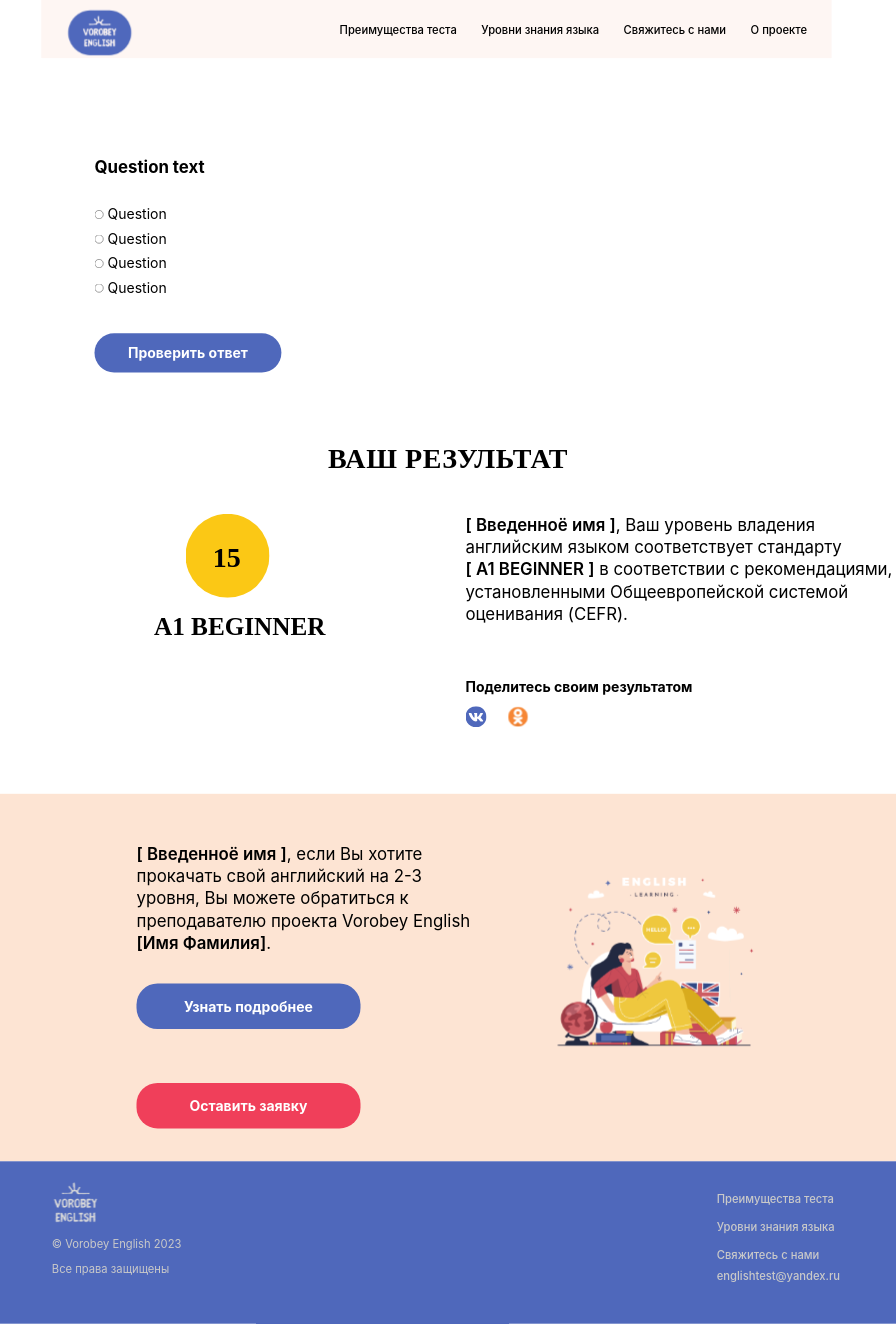
Repository: WladimirVA/PP-01-01_Dandelions
Page: test.html
The author's editor kept a copy of each file at every save. The page is drawn from the files as they stood at one save, then again after the next save.
The browser window is 1280 px wide. The pictures show the whole page, at 70% of full size.

Above is the page before, as saved 2023-02-14 18:24:42.

### test.html
<!DOCTYPE html>
<html lang="ru">
<head>
    <meta charset="UTF-8">
    <meta http-equiv="X-UA-Compatible" content="IE=edge">
    <meta name="viewport" content="width=device-width, initial-scale=1.0">
    <link href="./static/css/style.css" rel="stylesheet" type="text/css">
    <link href="./static/css/test.css" rel="stylesheet" type="text/css">
    <link href="./static/css/fonts.css" rel="stylesheet" type="text/css">
    <link rel="icon" sizes="16x16" href="./static/img/Иконка _Лого_ (1_1).svg" type="image/x-icon">
    <title>Dandelions</title>
</head>
<body>
    <header class="header" di="HOME">
        <div class="section">
            <div class="section-header">
                <div class="logo">
                    <a href="Index.html"><img src="./static/img/Иконка _Лого_ (1).svg"></a>
                </div>
                <nav>
                    <ul class="header-nav">
                        <li><a class="link" href="./Index.html">Преимущества теста</a></li>
                        <li><a class="link" href="./Index.html">Уровни знания языка</a></li>
                        <li><a class="link" href="#">Свяжитесь с нами</a></li>
                        <li><a class="link" href="#">О проекте</a></li>
                    </ul>
                </nav>
            </div>
        </div>
    </header>
    <main>
        <div class="section">
            <form class="quiz-box" id="quiz" method="post">
                <div class="quiz-header">
                    <h2 id="question">Question text</h2>
                    <ul>
                        <li>
                            <input type="radio" name="answer" id="a" class="answer" onchange="document.getElementById('submit').disabled = !this.checked;">
                            <label for="a" id="a_text">Question</label>
                        </li>
                        <li>
                            <input type="radio" name="answer" id="b" class="answer" onchange="document.getElementById('submit').disabled = !this.checked;">
                            <label for="b" id="b_text">Question</label>
                        </li>
                        <li>
                            <input type="radio" name="answer" id="c" class="answer" onchange="document.getElementById('submit').disabled = !this.checked;">
                            <label for="c" id="c_text">Question</label>
                        </li>
                        <li>
                            <input type="radio" name="answer" id="d" class="answer" onchange="document.getElementById('submit').disabled = !this.checked;">
                            <label for="d" id="d_text">Question</label>
                        </li>
                    </ul>
                </div>
                <div class="button-test">
                    <button class="button test_button" id="submit" disabled>Проверить ответ</button>
                </div>
            </form>

            <form class="result">
                <div class="title-result">
                    <p>Ваш Результат</p>
                </div>
                <div class="result1">
                    <div class="level-2">
                        <div class="level">
                            <img src="./static/img/Ellipse 15.svg" alt="Result">
                            <p>15</p>
                        </div>
                        <div class="lavel-1">
                            <p>А1  BEGINNER</p>
                        </div>
                    </div>
                    <div class="">
                            <p class="info-result-p"><span style="font-weight: 600;"> [ Введенноё имя ]</span>, Ваш уровень владения английским языком соответствует стандарту <br><span style="font-weight: 600;">[ А1 BEGINNER ]</span> в соответствии
                            с рекомендациями, установленными Общеевропейской системой оценивания (CEFR).</p>
                        <div class="share">
                            <p>Поделитесь своим результатом</p>
                            <div class="share-img">
                                <a href="https://vk.com/" target="_blank"><img src="./static/img/VK.svg" alt="VK"></a>
                                <a href="https://ok.ru/" target="_blank"><img src="./static/img/odnoklassniki 1.svg" alt="odnoklassniki"></a>
                                <!-- <img src="./static/img/instagram3 1.svg" alt="instagram"> -->
                            </div>
                        </div>
                    </div>
                </div>
                <div class="appeal">
                    <div class="appeal-text">
                        <p><span style="font-weight: 600;">[ Введенноё имя ]</span>, если Вы хотите прокачать свой английский на 2-3 уровня, Вы можете обратиться
                        к преподавателю проекта Vorobey English <span style="font-weight: 600;">[Имя Фамилия]</span>. </p>
                        <div class="button-test">
                            <button class="button test_button" id="submit">Узнать подробнее</button>
                        </div>
                        <div class="button-test">
                            <button class="button test_button" id="application">Оставить заявку</button>
                        </div>
                    </div>
                    <div>
                        <img src="./static/img/иллюстр 2 1.svg" alt="">
                    </div>

                </div>
            </form>
        </div>
    </main>
    <footer class="FOOTER">
        <div class="section">
            <div class="section-footer">
                <div class="footer-logo">
                    <a href="Index.html"><img src="./static/img/Vector (3).svg"></a>
                    <p class="footer-logo-p">© Vorobey English 2023</p>
                    <p class="footer-logo-p2">Все права защищены</p>
                </div>
                <div class="footer-navi">
                    <nav>
                        <ul class="footer-nav">
                            <li><a class="footer-link" href="#HOME">Преимущества теста</a></li>
                            <li><a class="footer-link" href="#HOME">Уровни знания языка</a></li>
                            <li><a class="footer-link" href="#HOME">Свяжитесь с нами</a></li>
                        </ul>
                    </nav>
                    <p><a class="footer-link" href="mailto:englishtest@yandex.ru">englishtest@yandex.ru</a></p>
                </div>

            </div>
        </div>
    </footer>

</body>

</html>

### static/css/style.css
body {
    scroll-behavior: smooth;
    align-items: center;
    width: 100%;
    max-width: 1366px;
    margin: auto;
    font-family: 'Inter', 'Work Sans', "NunitoSans-Light", Arial, Helvetica, sans-serif;
}

.section {
    margin: 0 auto;
    max-width: 1366px;
}

* {
    margin: 0;
    padding: 0;
}
.header {
    margin-left: 59px;
    margin-right: 92px;
    background-color: #FEF6F3;
}
.section-header {
    justify-content: space-between;
    height: 83px;
    width: 100%;
    display: flex;
    align-items: center;
}
.logo {
    width: 84px;
    height: auto;
}
.header-nav {
    display: flex;
    list-style-type: none;
}
.link {
    text-decoration: none;
    /* cursor: pointer; */
    font-family: 'Inter';
    font-weight: 500;
    font-size: 16px;
    line-height: 19px;
    color: #000000;
}
.header-nav li {
    margin-right: 35px;
}

.HOME {
    margin-top: 64px;
    margin-left: 93px;
    margin-right: 92px;
    background-color: #FEF6F3;
}
.section-home {
    align-items: center;
    display: flex;
    justify-content: space-between;
    margin-top: -90px;
}


.title {
    font-family: 'Work Sans';
    font-style: normal;
    font-weight: 600;
    font-size: 40px;
    line-height: 48px;
    display: flex;
    align-items: center;
    letter-spacing: 0.02em;
    text-transform: uppercase;
}
.home_p {
    font-family: 'Work Sans';
    font-style: normal;
    font-weight: 400;
    font-size: 20px;
    line-height: 24px;
    margin-top: 43px;
}

.home_ul {
    margin-top: 35px;
}
.home_li {
    list-style-type: none;
    margin-top: 12px;
    font-family: 'Inter';
    font-style: normal;
    font-weight: 400;
    font-size: 16px;
    line-height: 20px;
}

.check {
    margin-bottom: -7px;
    margin-right: 16px;
}

.buttonsHome {
    margin-top: 68px;
}
.button_home {
    background: #FBC815;
    border-radius: 50px;
    width: 267px;
    height: 56px;
    font-family: 'Inter';
    font-style: normal;
    font-weight: 700;
    font-size: 20px;
    line-height: 24px;
    border: 0;
    cursor: pointer;
}

.button_home:hover {
    background-color: #BC9F3B;
}

.button_home:active {
    background-color: #FDE07D;
}

.image-home {
    max-width: 747px;
    max-height: 496px;
}

.title_2 {
    display: block;
    margin-top: 100px;
    padding-top: 68px;
    text-transform: none;
    font-family: 'Work Sans';
    font-style: normal;
    font-weight: 800;
    font-size: 36px;
    line-height: 48px;
    align-items: center;
    text-align: center;
}

.WHY-TEST {
    background-color: #FDE4D3;
    Height: 616px;
}

.section-home-2 {
    align-items: center;
    display: flex;
    justify-content: space-around;
    margin-top: 20px;
}

.home-text {
    width: 490px;
}

.p-text {
    margin-top: 32px;
}

.ADVAN_TEST {
    background: #4F68BB;
    color: white;
    height: 712px;
    padding-top: 63px;
    /* margin-top: 120px; */
}

.content_img {
    margin-top: -215px;
    text-align: end;
    margin-right: 50px;
}

.rot-sheet {
    margin: 0 -34px 90px 0px;
}

.rot-sheet-1 {
    margin: 0 -35px 90px 0px;
}

.rot-img1 {
    width: 117px;
    margin-top: 11px;
    margin-right: -20px;
}

.rot-img2 {
    width: 65px;
    margin-bottom: -35px;
}

.rot-img3 {
    width: 78px;
    margin-bottom: 20px;
    margin-left: -20px;
}

img.rot {
    animation: 1s linear 0s normal none infinite running rot;
    -webkit-animation: 4s linear 0s normal none infinite running rot;
    /* width: 100px; */
  }
  @keyframes rot {
    0% {
      transform: rotate(0deg);
    }
    100% {
      transform: rotate(360deg);
    }
  }
  @-webkit-keyframes rot {
    0% {
      transform: rotate(0deg);
    }
    100% {
      transform: rotate(360deg);
    }
  }

  img.rot1 {
    animation: 1s linear 0s normal none infinite running rot1;
    -webkit-animation: 4s linear 0s normal none infinite running rot1;
    /* width: 100px; */
  }
  @keyframes rot1 {
    0% {
      transform: rotate(360deg);
    }
    100% {
      transform: rotate(0deg);
    }
  }
  @-webkit-keyframes rot1 {
    0% {
      transform: rotate(0deg);
    }
    100% {
      transform: rotate(360deg);
    }
  }


.content-ADVAN_TEST {
    display: flex;
    justify-content: space-evenly;
    margin-top: 75px;
}

.test-info {
   width: 300px;
}



.title_3 {
    display: block;
    text-transform: none;
    font-family: 'Work Sans';
    font-style: normal;
    font-weight: 800;
    font-size: 36px;
    line-height: 48px;
    align-items: center;
    text-align: center;
}

.advan-test {
    margin: 30px 0 30px 0;
    font-style: normal;
    font-weight: 700;
    font-size: 24px;
    line-height: 32px;
}

.advan-test-p {
    font-style: normal;
    font-weight: 400;
    font-size: 18px;
    line-height: 24px;
}

.advan-test-p-2 {
    margin: 65px 0 0 115px;
    max-width: 1117px;
}

.container {
    display: grid;
    grid-template-columns: repeat(3, 295px);
    justify-items: stretch;
    justify-content: space-around;;
    grid-template-rows: 100px 100px 100px;
    row-gap:  280px;
    margin-top: -30px;
}

.text_test img {
    margin-left: 700px;
}

.container-box h3 {
    font-style: normal;
    font-weight: 700;
    font-size: 32px;
    line-height: 36px;
}

.container-box-p {
    font-style: normal;
    font-weight: 700;
    font-size: 24px;
    line-height: 32px;
    margin: 60px 0 15px 0;
}

.container-box-p2 {
    font-style: normal;
    font-weight: 400;
    font-size: 16px;
    line-height: 24px;
}

.LANGUAGE_LEVELS {
    background-color:  #FEF6F3;
}

.content {
    padding-top: 66px;
}

.container-box {
    position: relative;
}

.box-1 h3 {
    position: absolute;
}

.cloud {
    margin: -11px 0 0 -80px;
    position: absolute;
}

.ball {
    display: block;
    position: inherit;
    margin-left:195px;
    margin-top: 30px;
}

.ball-2 {
    margin-left: 180px;
}

.ball-3 {
    display: block;
    margin-left: 335px;
    margin-top: -199px;
}

.button {
    text-align: center;
    background: #F03F5A;
    cursor: pointer;
    border-radius: 30px;
    border: 0;
}

.TEST {
    background-color: #FBCDA6;
    height: 352px;
}

.test_button {
    margin-top: 30px;
    width: 267px;
    height: 56px;
    font-family: 'Inter';
    font-style: normal;
    font-weight: 700;
    font-size: 20px;
    line-height: 24px;
}

.test_button:hover {
    background-color: #B45060;
}

.test_button:active {
    background-color: #F893A3;
}

.test-now {
    display: flex;
    justify-content: space-between;
    margin-left: 89px;
}

.test-now-text {
    text-align: center;
    margin-top: 15px;
}

.test-now-img {
    margin-top: -159px;
}

.FOOTER {
    background: #4F68BB;
    height: 232px;
    color: #C9C9C9;
}

.footer-logo-p {
    margin-top: -65px;
    margin-left: 74px;
}

.footer-logo-p2 {
    margin-top: 16px;
    margin-left: 74px;
}


.section-footer {
    display: flex;
    justify-content: space-between;
    align-items: center;
    max-width: 1200px;
}

.footer-logo {
    margin-top: -37px;
}

.footer-logo img {
    margin-top: -20px;
}

.footer-navi {
    margin-top: 34px;
}

.footer-nav {
    display: grid;
    list-style-type: none;
    line-height: 2.5;
}

.footer-link {
    text-decoration: none;
    font-family: 'Inter';
    font-weight: 500;
    font-size: 16px;
    line-height: 19px;
    color: #C9C9C9;
    list-style-type: none;
}

.footer-link:hover {
    /* transform: scale(1.2); */
    text-decoration:underline;
}

### static/css/test.css
body {

    /* margin: auto; */
}

.header {
    max-width: 1366px;
    max-height: 825px;
    background-color: #FEF6F3;
}
.section {
    width:100%;
    height:100%;
}

.quiz-box {
    margin: 146px 0 0 135px
}

.quiz-header ul {
    line-height: 24px;
    /* width: 214px; */
    font-family: 'Inter';
    font-style: normal;
    font-weight: 400;
    font-size: 20px;
    line-height: 35px;
    list-style-type: none;
}

.quiz-header {
    font-family: 'Inter';
    font-style: normal;
    font-weight: 400;
    font-size: 16px;
    line-height: 20px;
}

.quiz-header h2 {
    margin-bottom: 40px;
}

.button-test {
    margin: 17px 0 47px 0;

}

.test_button {
    background: #4F68BB;
    color:#FFFFFF;
    cursor: pointer;
}

#submit:hover {
    background-color: #1A307A;
}

#submit:active {
    background-color: #97A7DD;
}

.result {
    margin: 100px 0 0 0;
}

.title-result {
    text-align: center;
    align-items: center;
    text-align: center;
    letter-spacing: 0.02em;
    text-transform: uppercase;
    color: #000000;
    font-family: 'Work Sans';
    font-style: normal;
    font-weight: 600;
    font-size: 40px;
    line-height: 48px;
    margin-bottom: 54px;
}

.result1 {
    display: flex;
    justify-content: space-between;
}

.info-result-p {
    width: 615px;
    height: 235px;
    font-family: 'Inter';
    font-style: normal;
    font-size: 24px;
    line-height: 32px;
    }

.level {
    margin-left: 45px;
}

.level p {
    margin: -85px 0 0 39px;
    font-family: 'Work Sans';
    font-style: normal;
    font-weight: 600;
    font-size: 40px;
    line-height: 48px;
}

.level-2 {
    margin-left: 220px;
}

.lavel-1 {
    font-family: 'Work Sans';
    margin-top: 50px;
    font-style: normal;
    font-weight: 700;
    font-size: 36px;
    line-height: 48px;
    }

.share {
    position: absolute;
}

.share p {
    font-family: 'Inter';
    font-style: normal;
    font-weight: 700;
    font-size: 20px;
    line-height: 24px;
}

.share-img {
    display: flex;
}

.share-img img {
    margin: 16px 30px 0 0;
}

.appeal {
    display: flex;
    justify-content: space-between;
    background-size: 100%;
    background-color: #FDE4D3;
    padding-top: 75px;
    padding: 70px 0 0 195px;
    margin-top: 165px;
}

.appeal button {
    width: 320px;
    height: 65px;
}

#application {
    background-color: #F03F5A;
}

#application:hover {
    background-color: #B45060;
}

#application:active {
    background-color: #F893A3;
}

.appeal-text {
    font-family: 'Inter';
    font-style: normal;
    font-size: 24px;
    line-height: 32px;
}

.appeal img {
    margin-right: 180px;
}

.appeal-text p {
    width: 484px;
    height: 154px;
}

### static/css/fonts.css
/* @import url('https://fonts.googleapis.com/css2?family=Work+Sans:ital,wght@0,600;0,800;1,800&display=swap'); */


/* @import url('https://fonts.googleapis.com/css2?family=Inter:wght@400;500;600;700;800&family=Work+Sans:ital,wght@0,600;0,800;1,800&display=swap'); */

/*
@import url('https://fonts.googleapis.com/css2?family=Inter:wght@100;200;300;400;500;600;700;800;900&display=swap');

@import url('https://fonts.googleapis.com/css2?family=Inter:wght@100;200;300;400;500;600;700;800;900&family=Work+Sans:ital,wght@0,100;0,200;0,300;0,400;0,500;0,600;0,700;0,800;0,900;1,100;1,200;1,300;1,400;1,500;1,600;1,700;1,800;1,900&display=swap'); */

After the next save:
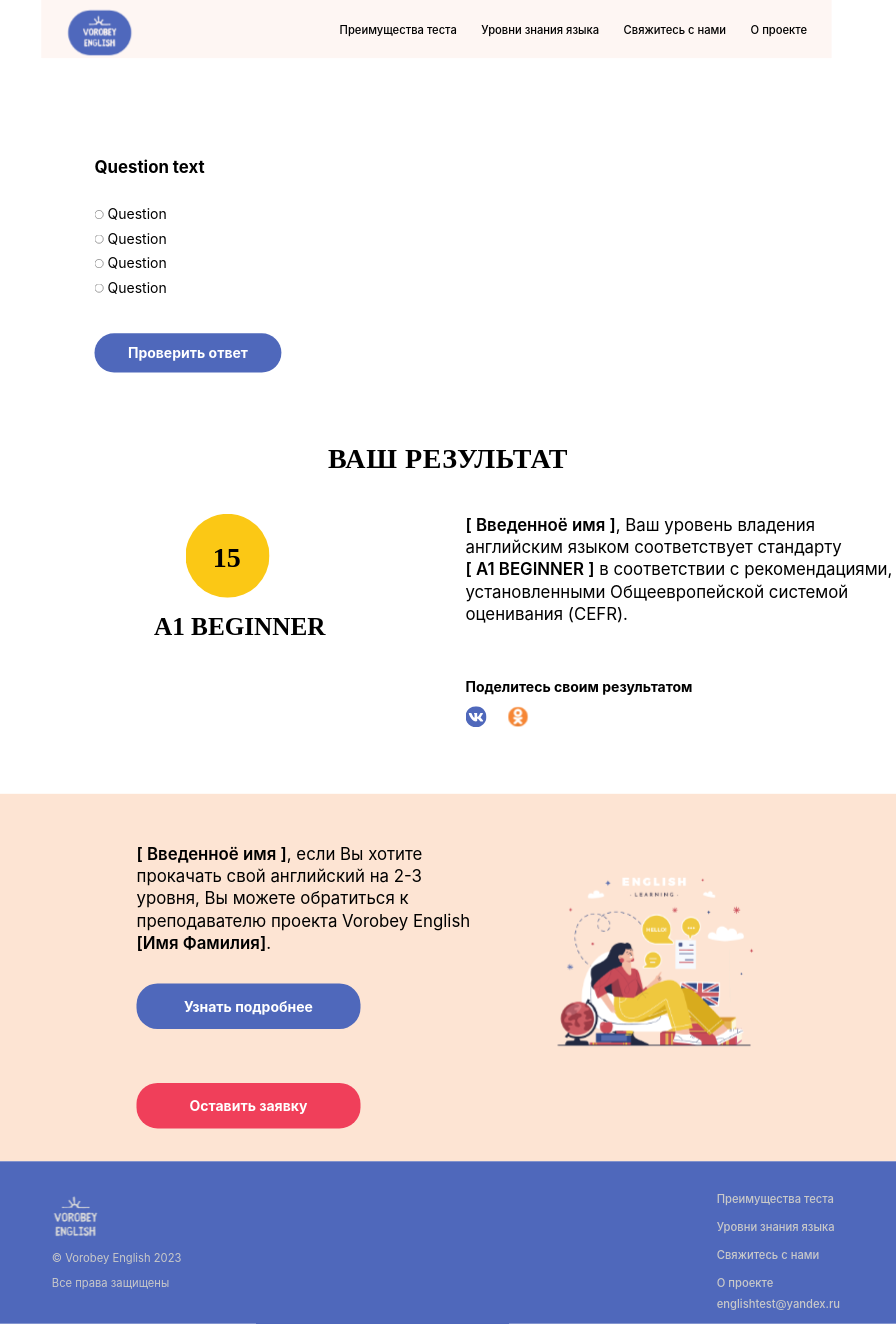
Saved 3 days later.
--- a/test.html
+++ b/test.html
@@ -117,6 +117,7 @@
                             <li><a class="footer-link" href="#HOME">Преимущества теста</a></li>
                             <li><a class="footer-link" href="#HOME">Уровни знания языка</a></li>
                             <li><a class="footer-link" href="#HOME">Свяжитесь с нами</a></li>
+                            <li><a class="footer-link" href="#">О проекте</a></li>
                         </ul>
                     </nav>
                     <p><a class="footer-link" href="mailto:englishtest@yandex.ru">englishtest@yandex.ru</a></p>
